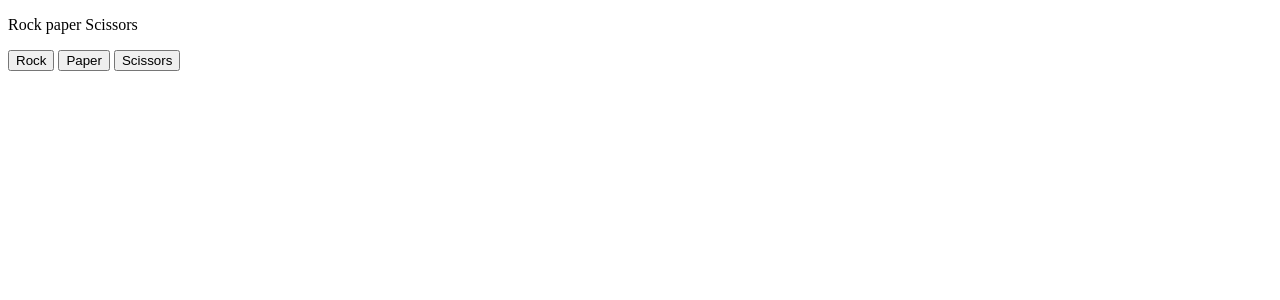
Repository: Samkiroko/Javascript-course
Page: 06-boolens.html
An editor plug-in stored every save of this project. The page is shown before and after the next save, followed by the edit.
The browser window is 1280 px wide. The pictures show the whole page.

Above is the page before, as saved 2023-08-23 11:28:57.

### 06-boolens.html
<!DOCTYPE html>
<html lang="en">
  <head>
    <meta charset="UTF-8" />
    <meta name="viewport" content="width=device-width, initial-scale=1.0" />
    <title>Rock paper scissors</title>
  </head>
  <body>
    <p>Rock paper Scissors</p>
    <button
      onclick="
    const randomNumber = Math.random()
    let computerChoice = ''
    if (randomNumber >=0 &&  randomNumber <1/3){
       computerChoice = 'rock'
    } else if (randomNumber >=1/3 &&  randomNumber <2/3){
       computerChoice = 'paper'
    } else {
       computerChoice = 'scissors'
    }

    console.log(computerChoice)

    let result = ''

    if (computerChoice === 'rock'){
      result = 'Tie'
    } else if (computerChoice === 'paper'){
      result = 'You lose'
    } else {
      result = 'You win'
    }

    alert(`You chose rock. Computer chose ${computerChoice}. ${result}`)
    "
    >
      Rock
    </button>
    <button
      onclick='

    if (randomNumber >=0 &&  randomNumber <1/3){
       computerChoice = "rock"
    } else if (randomNumber >=1/3 &&  randomNumber <2/3){
       computerChoice = "paper"
    } else {
       computerChoice = "scissors"
    }

    console.log(computerChoice)



    if (computerChoice === "rock"){
      result = "win"
    } else if (computerChoice === "paper"){
      result = "Tie"
    } else {
      result = "loose"
    }

    alert(`You chose paper. Computer chose ${computerChoice}. ${result}`)


    '
    >
      Paper
    </button>
    <button>Scissors</button>
    <script></script>
  </body>
</html>

After the next save:
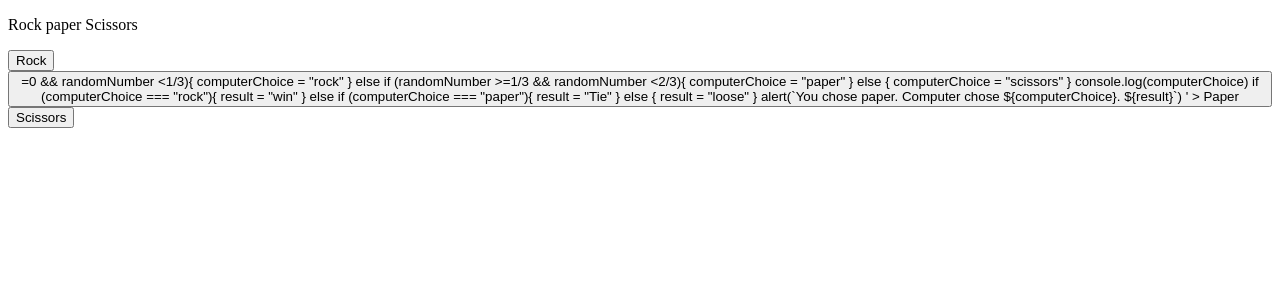
Console error (its wording comes from the project's code and is left out).
Saved 45 s later.
--- a/06-boolens.html
+++ b/06-boolens.html
@@ -38,6 +38,8 @@
     </button>
     <button
       onclick='
+        const randomNumber = Math.random()
+        let computerChoice = ''
 
     if (randomNumber >=0 &&  randomNumber <1/3){
        computerChoice = "rock"
